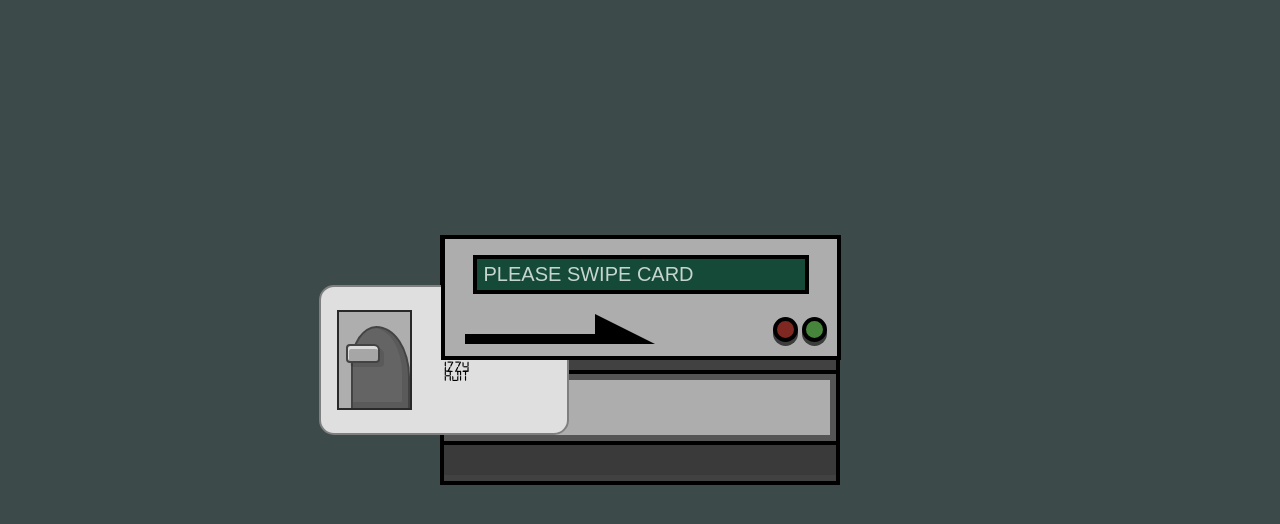
Repository: Aaquib111/Aaquib111.github.io
Page: treasure-page.html
The author's editor kept a copy of each file at every save. The page is drawn from the files as they stood at one save, then again after the next save.
The browser window is 1280 px wide. The pictures show the whole page.

Above is the page before, as saved 2021-05-20 20:26:09.

After the next save:
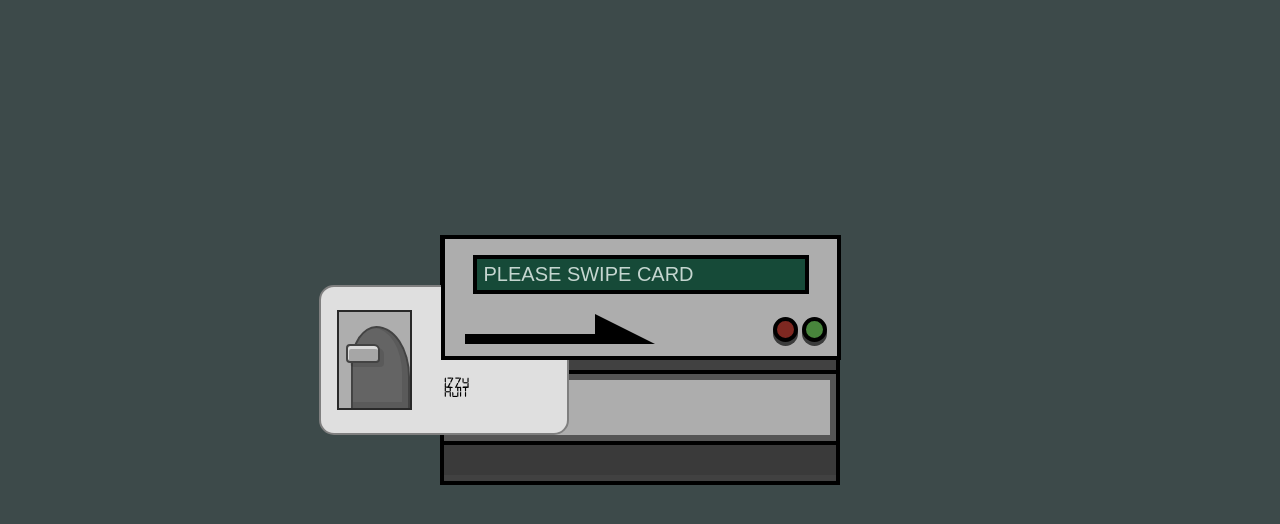
Saved 17 s later.
--- a/treasure-page.html
+++ b/treasure-page.html
@@ -26,7 +26,7 @@
               </div>
               <div id="card">
                 <div id="photo"></div>
-                <div id="name">Izzy Ajit</div>
+                <div id="name"><p>Izzy Ajit</p></div>
               </div>
               <div class="bottom"></div>
             </div>
